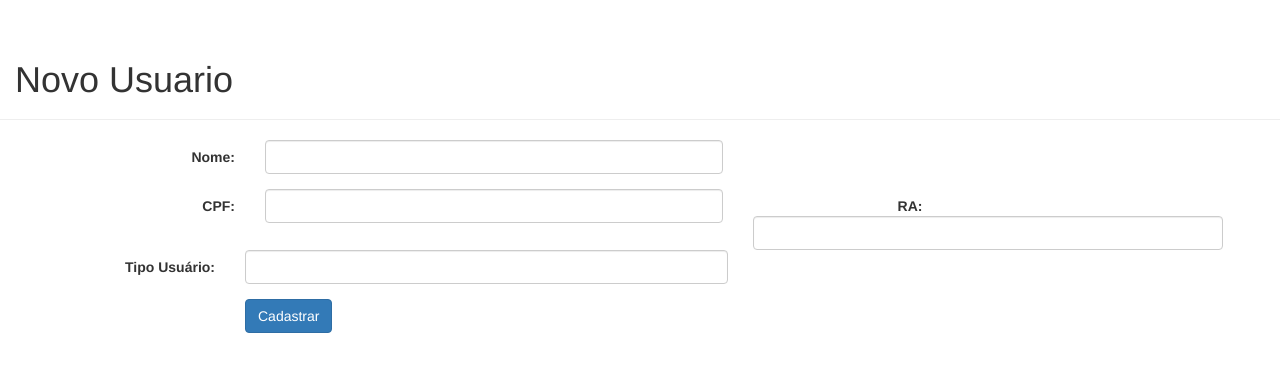
Repository: stefanyco/biblioteca
Page: http://localhost/Biblioteca/usuarioAdicionar.jsp
These files come from the project's save history. The page is drawn as it stood at one moment and after the next save; the edit follows.
The browser window is 1280 px wide. The pictures show the whole page.
The page is served by Tomcat 9.

Above is the page before, as saved 2016-11-06 22:09:30.

After the next save:
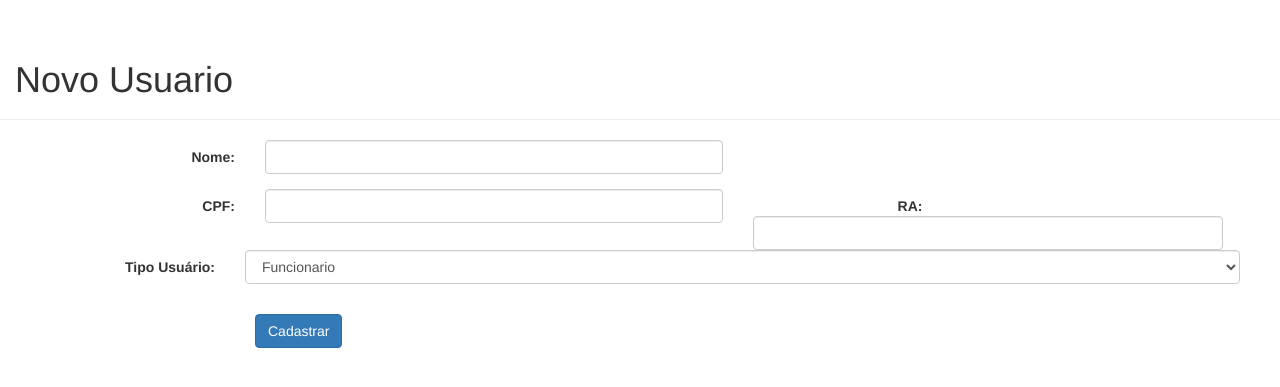
Saved 2 min 10 s later.
--- a/Sistema Biblioteca/Biblioteca/WebContent/usuarioAdicionar.jsp
+++ b/Sistema Biblioteca/Biblioteca/WebContent/usuarioAdicionar.jsp
@@ -33,10 +33,15 @@
 							<input type="text" class="form-control" name="ra" required maxlength="50">
 					</div>
 					<div class="form-group">
-						<label for="tipo_usuario" class="col-xs-2 control-label">Tipo Usuário:</label>
-						<div class="col-xs-5">
-							<input type="text" class="form-control" name="ra" required maxlength="50">
-					</div>
+							<label class="col-xs-2 control-label">Tipo Usuário:</label>
+							<div class="col-xs-10">
+								<select class="form-control" name="tipoUsuario">
+									<option value="Funcionario">Funcionario</option>
+									<option value="Aluno">Aluno</option>
+									<option value="Professor">Professor</option>
+								</select>
+							</div>
+						</div>
 					</div>
 					<div class="form-group">
 						<div class="col-xs-offset-2 col-xs-10">
